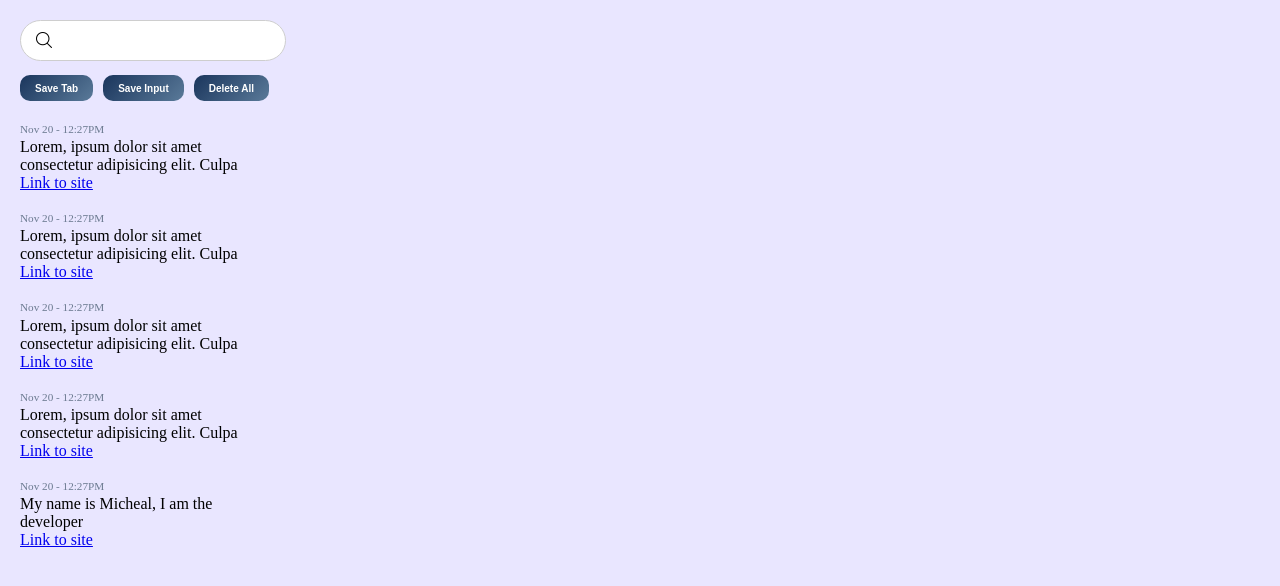
Repository: IdowuMicheal-1/Text-Tab-Organizer
Page: popup.html
These files come from the project's save history. The page is drawn as it stood at one moment and after the next save; the edit follows.
The browser window is 1280 px wide. The pictures show the whole page.

Above is the page before, as saved 2025-05-14 14:38:19.

After the next save:
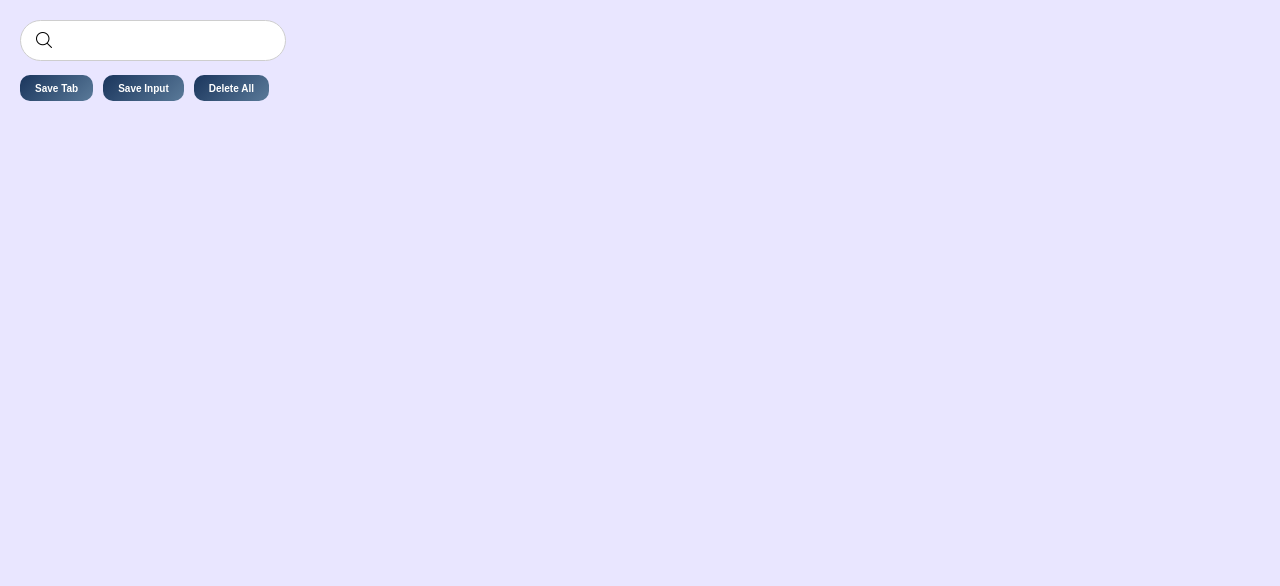
Console error: SyntaxError: Unexpected token ')'
Saved 12 s later.
--- a/popup.js
+++ b/popup.js
@@ -40,7 +40,7 @@
           </p>
           <p><a href="${items.link}">Link to site</a></p>
        `;
-       li.addEventListener('click')
+       li.addEventListener('click',() => )
     listContent.appendChild(li);
 });
 

After the save that followed:
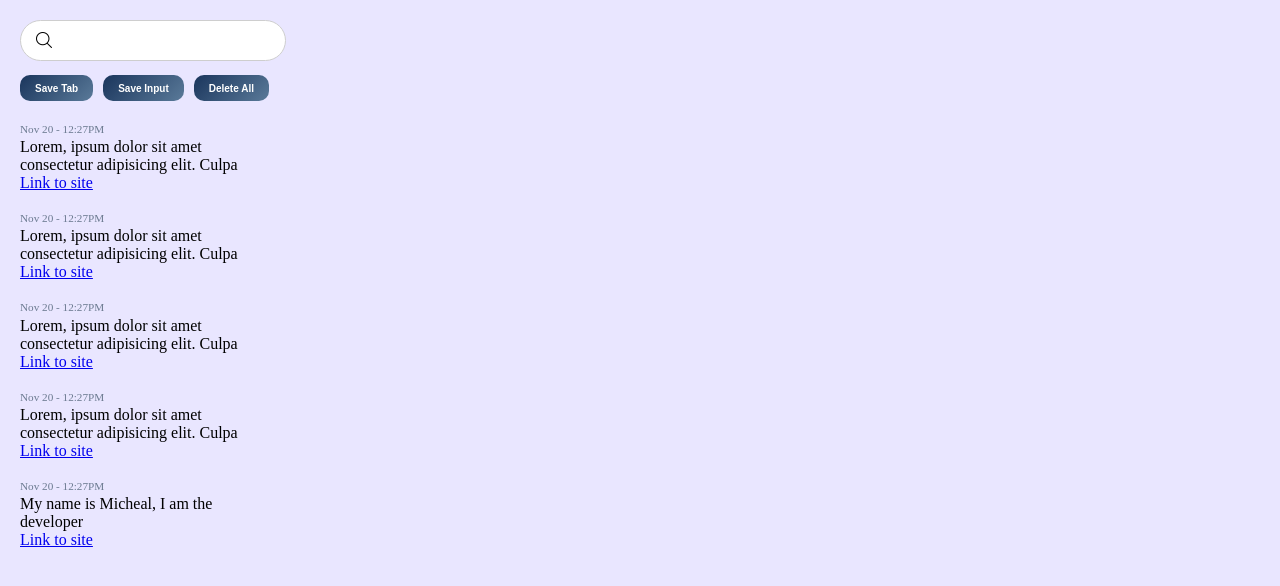
The error is gone.
Saved 4 s later.
--- a/popup.js
+++ b/popup.js
@@ -40,7 +40,9 @@
           </p>
           <p><a href="${items.link}">Link to site</a></p>
        `;
-       li.addEventListener('click',() => )
+       li.addEventListener('click',() => {
+
+       })
     listContent.appendChild(li);
 });
 
